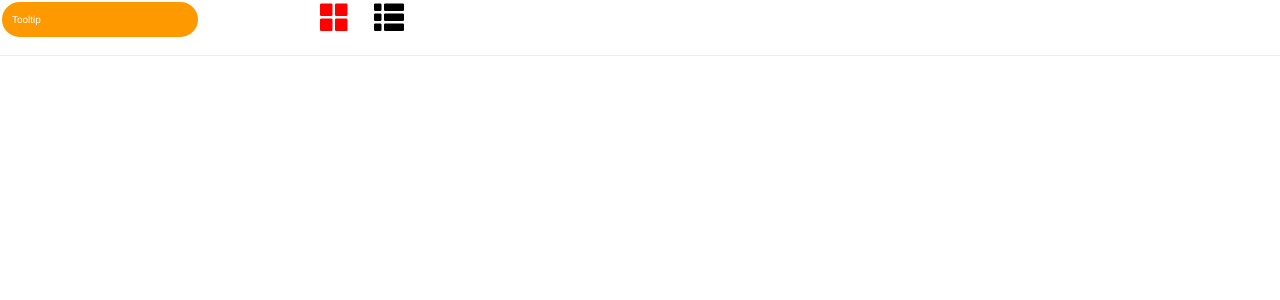
Repository: KIM-KYOUNG-OH/bitcamp-window
Page: WebProject/WebContent/day1022/ex6_board_need_xml.html
These files come from the project's save history. The page is drawn as it stood at one moment and after the next save; the edit follows.
The browser window is 1280 px wide. The pictures show the whole page.

Above is the page before, as saved 2020-10-23 04:08:26.

### WebProject/WebContent/day1022/ex6_board_need_xml.html
<!DOCTYPE html>
<html>
<head>
<meta charset="UTF-8">
<title>Insert title here</title>
<!-- Latest compiled and minified CSS -->
<link rel="stylesheet" href="https://maxcdn.bootstrapcdn.com/bootstrap/3.4.1/css/bootstrap.min.css">

<!-- jQuery library -->
<script src="https://ajax.googleapis.com/ajax/libs/jquery/3.5.1/jquery.min.js"></script>

<!-- Latest compiled JavaScript -->
<script src="https://maxcdn.bootstrapcdn.com/bootstrap/3.4.1/js/bootstrap.min.js"></script>
<script src="https://code.jquery.com/jquery-3.5.0.js"></script>
<style type="text/css">
	#btn{
		margin-left: 300px;
	}

	#btn span{
		font-size: 30px;
		margin-left: 20px;
		cursor: pointer;
	}

	#btn span:hover{
		color: red;
	}

	img{
		margin-top: 10px;
		border: 1px solid gray;
		padding: 20px;
	}

	table{
		text-align: center;
	}

	table#tb1 tr td:hover{
		background-color: LightGray;
		cursor: pointer;
	}

	table#tb2 tbody tr:hover{
		background-color: LightGray;
		cursor: pointer;
	}

	table th{
		text-align: center;
	}

	#out{
		width: 980px;
	}

	div#tooltip{
		position:absolute;
		left:0;
		top:0;
		line-height: 1.5;
		color: white;
		width: 200px;
		background-color: #f90;
		border: 2px solid white;
		padding: 1em;
		font-size: 10px;
		border-radius: 30px;
	}


</style>
<script type="text/javascript">
$(function(){
	init();
	$("#btn span").eq(0).click(function(){
		$("#btn span:first").css("color","red");
		$("#btn span:last").css("color","black");
		// 확대
		$.ajax({
			type:"get",
			url:"./ex5_board_to_xml.jsp",
			dataType:"xml",
			success: function(data){
				var s = "";
				s += "<table id='tb1' class='table table-striped'><tr>";
				$(data).find('board').each(function(i, elem){
					var n = $(elem);
					s += "<td>";
					s += "<img src='../image2/"+n.find('photo').text()+"'><br>";
					s += "번호 : " +n.attr('num') +"<br>";
					s += "작가 : " +n.attr('writer') +"<br>";
					s += "작성일 : " +n.find('writeday').text()+ "</td>";
					if(i%4==3){
						s+= "</tr><tr>";
					}
				});
				s.substring(0, s.length-8);
				s += "<td></td><td></td></tr></table>";
				$("#out").html(s);
			}
		});
	});
	$("#btn span").eq(1).click(function(){
		$("#btn span:first").css("color","black");
		$("#btn span:last").css("color","red");

		// 목록
		$.ajax({
			type:"get",
			url:"./ex5_board_to_xml.jsp",
			dataType:"xml",
			success: function(data){
				var s = "<table id='tb2' class='table table-striped' style='width:800px'>";
				s += "<thead><tr bgcolor='orange'>";
				s += "<th>번호</th><th>작가</th><th>제목</th><th>내용</th><th>작성일</th><tr></thead>";
				s += "<tbody>";
				$(data).find('board').each(function(i, elem){
					var n = $(elem);
					s += "<tr>";
					s += "<td>" +n.attr('num')+ "</td>";
					s += "<td>" +n.attr('writer')+ "</td>";
					s += "<td>" +n.find('subject').text()+ "</td>";
					s += "<td>" +n.find('content').text()+ "</td>";
					s += "<td>" +n.find('writeday').text()+ "</td>";
					s += "</tr>";
				});
				$("#out").html(s);
			}
		});
	});

	$(document).on("click", "#tb1 tr", function() {
		alert("table1 입니다")
	});

	$(document).on("click", "#tb2 tbody tr", function() {
		alert("table2 입니다")
	});

	$(document).on("mouseover", "#tb1 tbody tr", function(e) {
		$("div.tooltip").css({
			"left":e.pageX+"px",
			"top":e.pageY+"px"
		}).show();
		$("div.tooltip").append("이미지와 내용");
	});
});

function init(){
	$("#btn span:first").css("color","red");
	$("#btn span:last").css("color","black");
	// 확대
	$.ajax({
		type:"get",
		url:"./ex5_board_to_xml.jsp",
		dataType:"xml",
		success: function(data){
			var s = "";
			s += "<table id='tb1' class='table table-striped'><tr>";
			$(data).find('board').each(function(i, elem){
				var n = $(elem);
				s += "<td>";
				s += "<img src='../image2/"+n.find('photo').text()+"'><br>";
				s += "번호 : " +n.attr('num') +"<br>";
				s += "작가 : " +n.attr('writer') +"<br>";
				s += "작성일 : " +n.find('writeday').text()+ "</td>";
				if(i%4==3){
					s+= "</tr><tr>";
				}
			});
			s.substring(0, s.length-8);
			s += "<td></td><td></td></tr></table>";
			$("#out").html(s);
		}
	});
}

</script>
</head>
<body>
<div id='tooltip'>Tooltip</div>
<div id='btn'>
	<span class="glyphicon glyphicon-th-large"></span>
	<span class="glyphicon glyphicon-th-list"></span>
</div>
<hr>
<div id="out"></div>
</body>
</html>

After the next save:
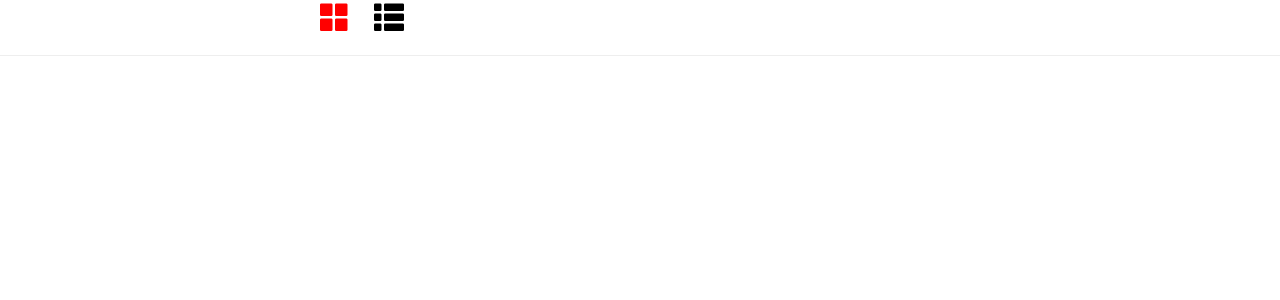
Saved 91 s later.
--- a/WebProject/WebContent/day1022/ex6_board_need_xml.html
+++ b/WebProject/WebContent/day1022/ex6_board_need_xml.html
@@ -55,7 +55,7 @@
 		width: 980px;
 	}
 
-	div#tooltip{
+	div.tooltip{
 		position:absolute;
 		left:0;
 		top:0;
@@ -180,7 +180,7 @@ function init(){
 </script>
 </head>
 <body>
-<div id='tooltip'>Tooltip</div>
+<div class='tooltip'>Tooltip</div>
 <div id='btn'>
 	<span class="glyphicon glyphicon-th-large"></span>
 	<span class="glyphicon glyphicon-th-list"></span>

After the save that followed:
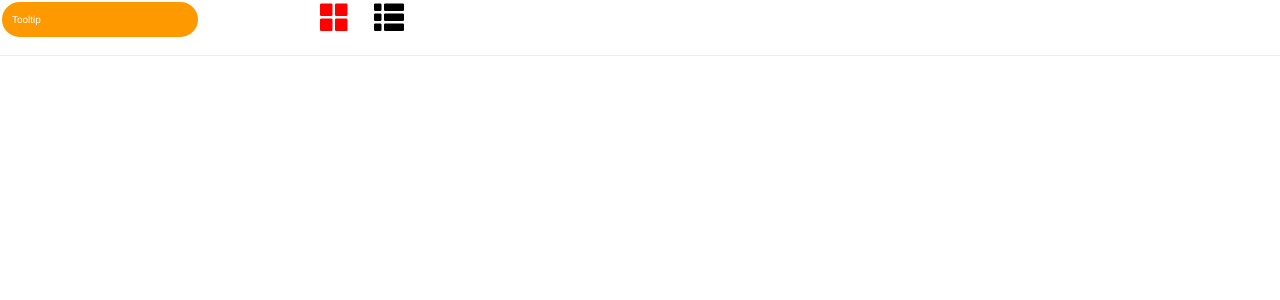
Saved 40 s later.
--- a/WebProject/WebContent/day1022/ex6_board_need_xml.html
+++ b/WebProject/WebContent/day1022/ex6_board_need_xml.html
@@ -67,6 +67,7 @@
 		padding: 1em;
 		font-size: 10px;
 		border-radius: 30px;
+		opacity: 1;
 	}
 
 
